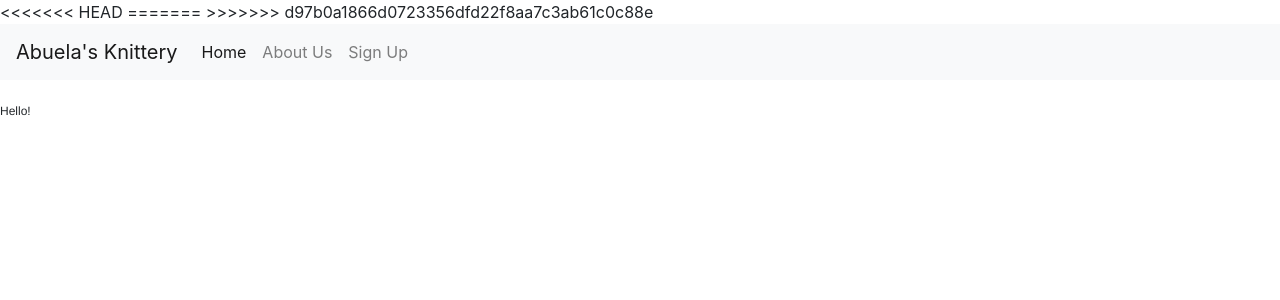
Repository: samuraijane/dc-flex
Page: week5/1-tuesday/class/exercise1/groupA/home.html
These files come from the project's save history. The page is drawn as it stood at one moment and after the next save; the edit follows.
The browser window is 1280 px wide. The pictures show the whole page.

Above is the page before, as saved 2020-08-05 16:51:17.

After the next save:
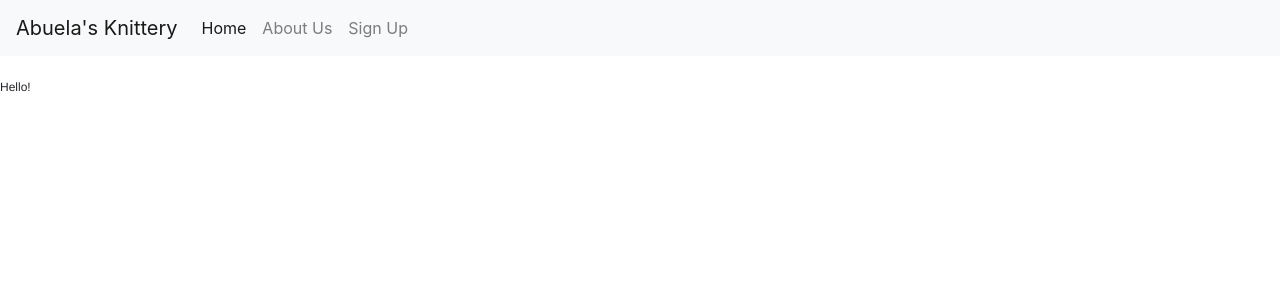
Saved 7 min 12 s later.
--- a/week5/1-tuesday/class/exercise1/groupA/home.html
+++ b/week5/1-tuesday/class/exercise1/groupA/home.html
@@ -7,11 +7,7 @@
   <meta name="Generator" content="Cocoa HTML Writer">
   <meta name="CocoaVersion" content="1894.5">
   <link rel="stylesheet" href="https://stackpath.bootstrapcdn.com/bootstrap/4.5.1/css/bootstrap.min.css" integrity="sha384-VCmXjywReHh4PwowAiWNagnWcLhlEJLA5buUprzK8rxFgeH0kww/aWY76TfkUoSX" crossorigin="anonymous">
-<<<<<<< HEAD
-  <title>Abuela's Knittery</title>
-=======
   <title>Abuela's Knittery </title>
->>>>>>> d97b0a1866d0723356dfd22f8aa7c3ab61c0c88e
   <style type="text/css">
     p.p1 {margin: 0.0px 0.0px 0.0px 0.0px; font: 12.0px Helvetica}
   </style>
@@ -25,13 +21,13 @@
     <div class="collapse navbar-collapse" id="navbarNav">
       <ul class="navbar-nav">
         <li class="nav-item active">
-          <a class="nav-link" href="#">Home <span class="sr-only">(current)</span></a>
+          <a class="nav-link" href="home.html">Home<span class="sr-only">(current)</span></a>
         </li>
         <li class="nav-item">
-          <a class="nav-link" href="#">About Us</a>
+          <a class="nav-link" href="aboutus.html">About Us</a>
         </li>
         <li class="nav-item">
-          <a class="nav-link" href="#">Sign Up</a>
+          <a class="nav-link" href="sign-in.html">Sign Up</a>
         </li>
         <!-- <li class="nav-item">
           <a class="nav-link disabled" href="#" tabindex="-1" aria-disabled="true">Disabled</a>
